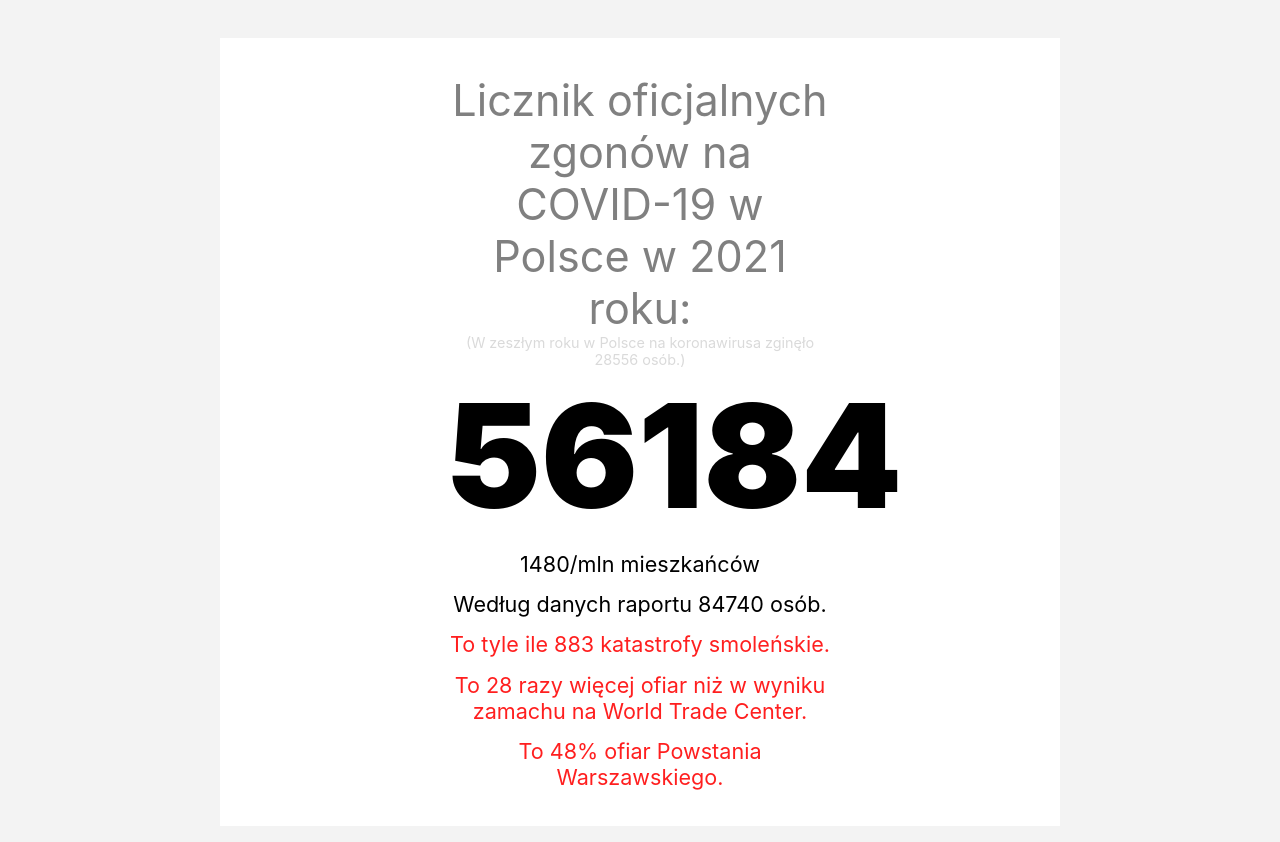
Repository: michalgornicki/poland-covid
Page: /
These files come from the project's save history. The page is drawn as it stood at one moment and after a run of saves; the edit follows.
The browser window is 1280 px wide. The pictures show the whole page.
The project was rebuilt for these pictures with package versions that can differ from the ones it lists, and the page was loaded fresh each time.

Above is the page before, as saved 2021-12-04 21:07:40.

After the next 5 saves:
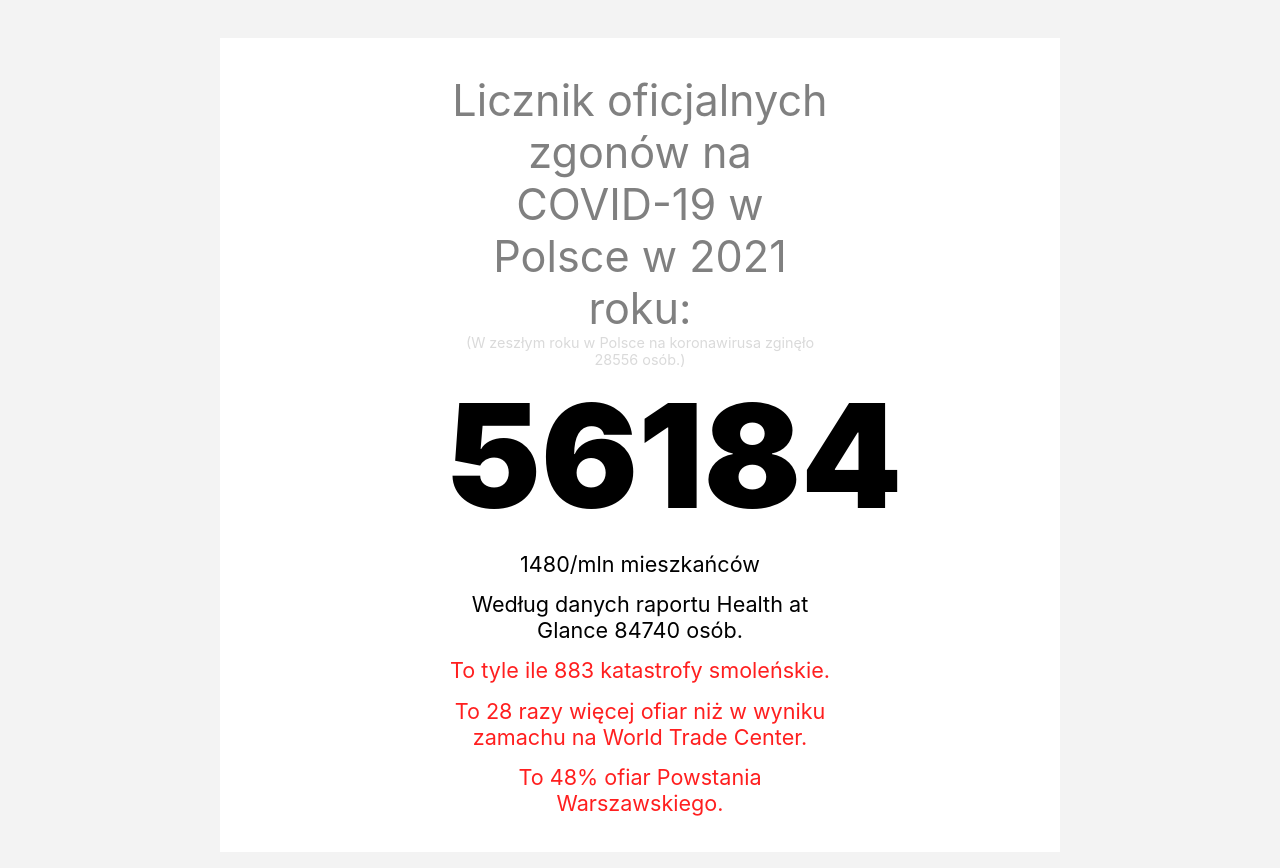
The 5 saves are shown as one change because they came seconds apart.
The last was saved 14 s later.
--- a/src/App.jsx
+++ b/src/App.jsx
@@ -22,7 +22,7 @@ function App() {
     document.getElementsByClassName("counter-3")[0].innerHTML =
       "Łącznie na Covid-19 zginęło w Polsce już " + (deaths + 28556) + " osób.";
       document.getElementsByClassName("counter-3")[0].innerHTML =
-      "Według danych raportu " + (deaths + 28556) + " osób.";
+      "Według danych raportu Health at Glance " + (deaths + 28556) + " osób.";
     document.getElementsByClassName("counter-4")[0].innerHTML =
       "To tyle ile " + smolensk + " katastrofy smoleńskie.";
       document.getElementsByClassName("counter-4")[1].innerHTML =
